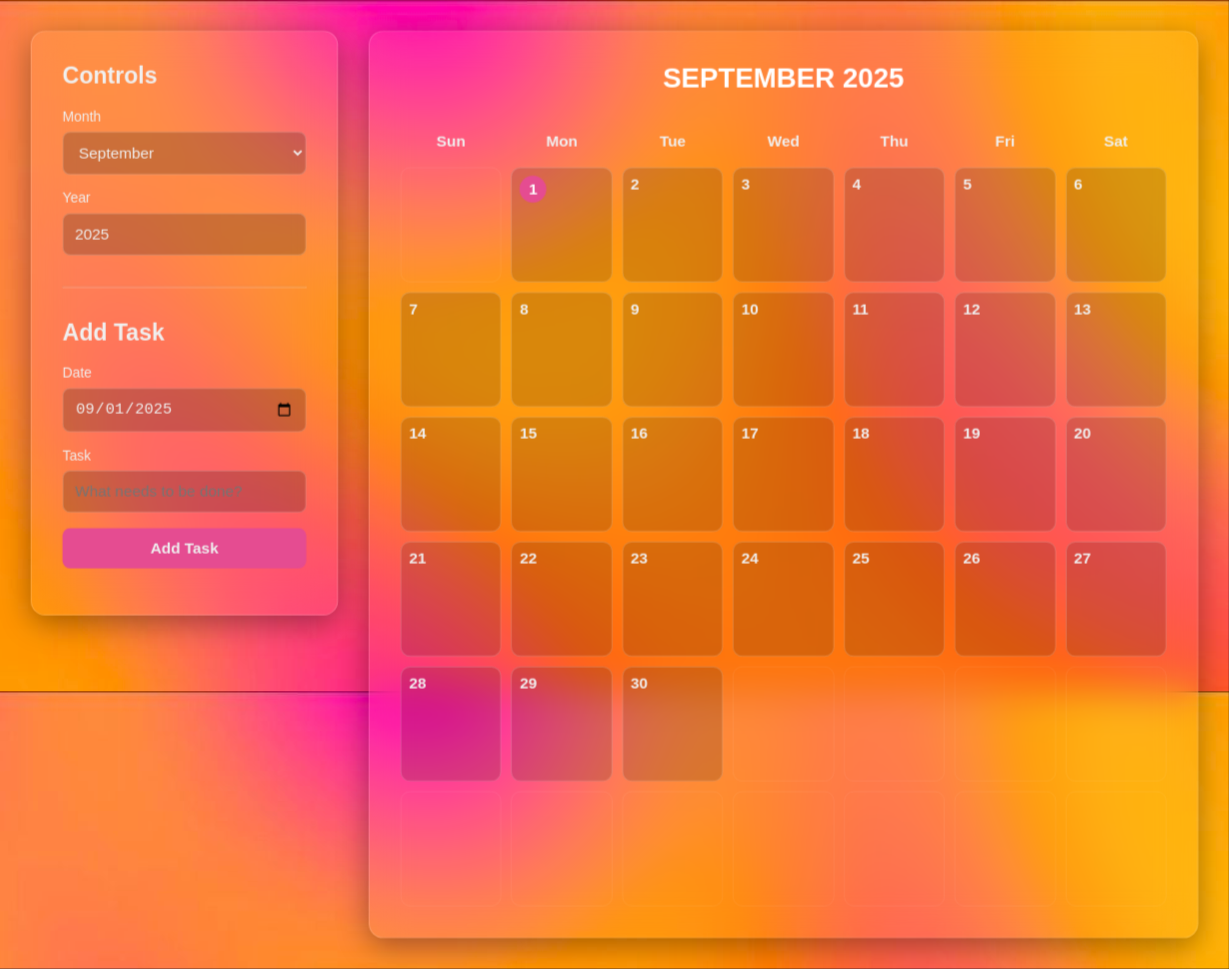
Repository: TanujaNair03/ToDo
Page: static/index.html
These files come from the project's save history. The page is drawn as it stood at one moment and after the next save; the edit follows.
The browser window is 1280 px wide. The pictures show the whole page, at 96% of full size.
The page's requests for data from a server got no answer. Backgrounds fixed to the window are drawn as part of the page.

Above is the page before, as saved 2025-09-01 15:54:09.

After the next save:
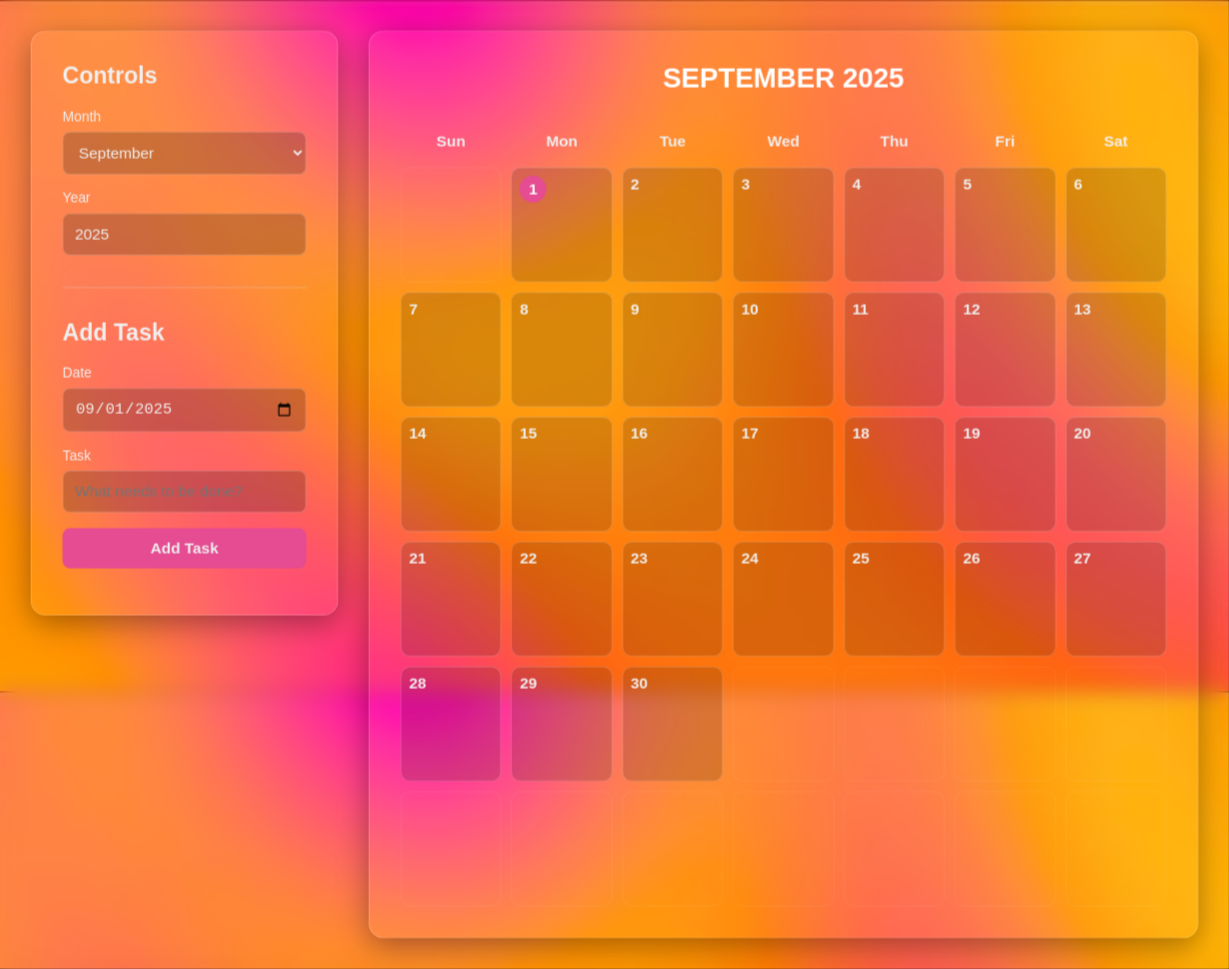
Saved 110 s later.
--- a/static/index.html
+++ b/static/index.html
@@ -30,6 +30,8 @@
             background-attachment: fixed; /* Keeps the image fixed while scrolling */
             background-size: cover; /* Ensures the image covers the entire viewport */
             background-position: center; /* Centers the image */
+            backdrop-filter: blur(10px); /* Adds a blur effect to the background */
+            -webkit-backdrop-filter: blur(10px); /* For Safari support */
         }
 
         #app {
